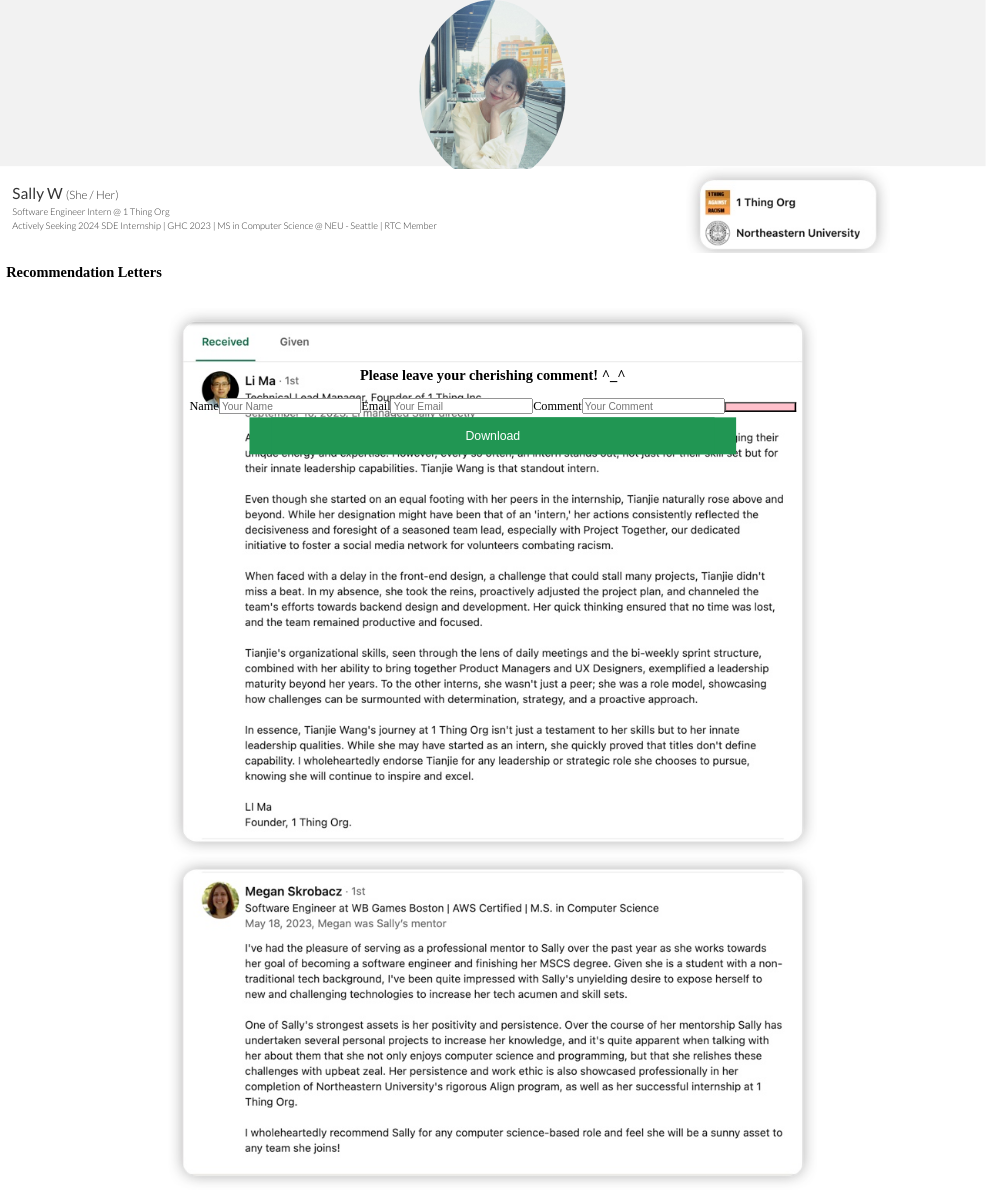
Repository: tianjiewang2022/digital-namecard
Page: recommendation_page.html
An editor plug-in stored every save of this project. The page is shown before and after the next save, followed by the edit.
The browser window is 1280 px wide. The pictures show the whole page, at 77% of full size.
Some web fonts or font styles are not loaded; a fallback is used.

Above is the page before, as saved 2023-10-16 01:55:28.

After the next save:
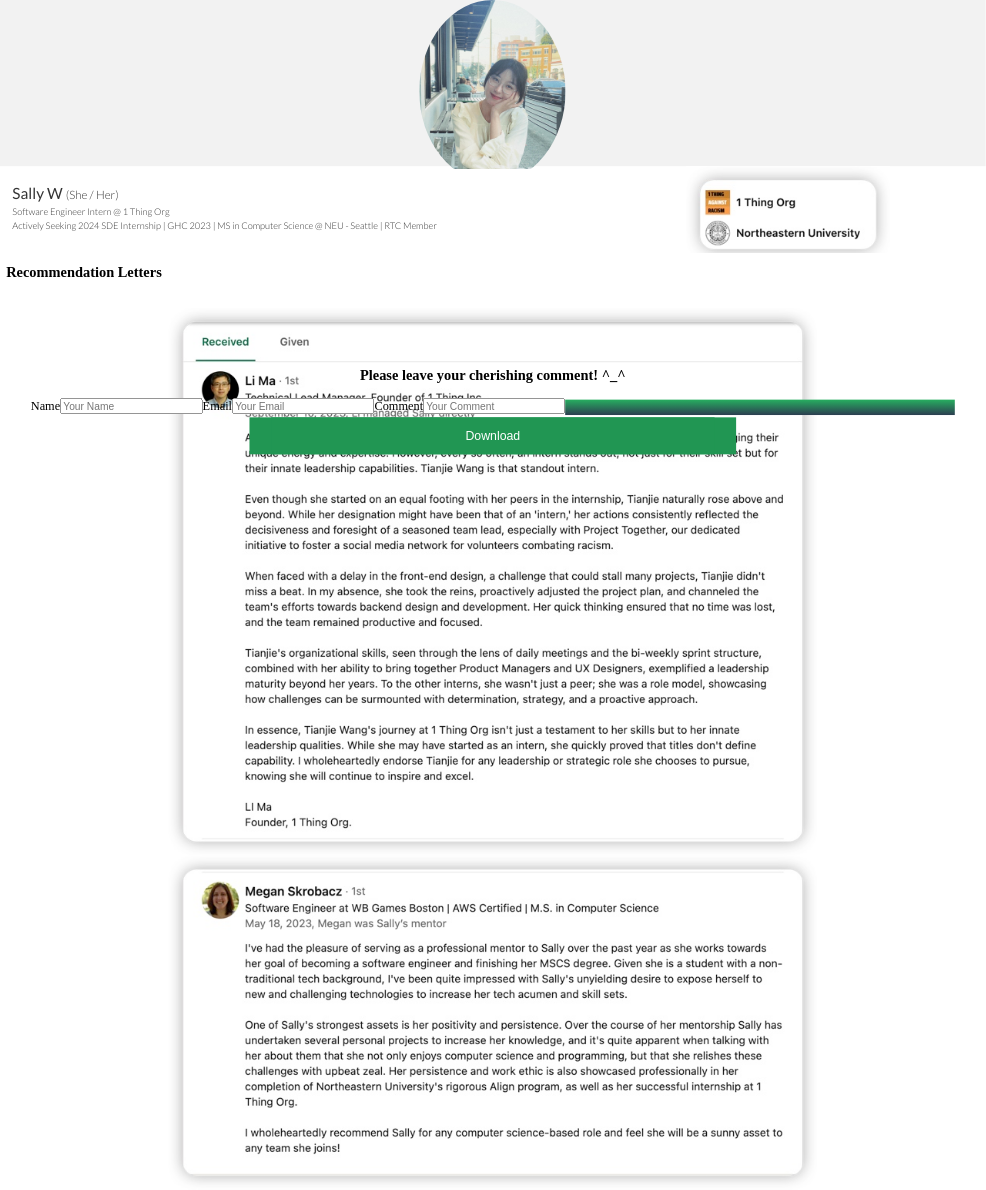
Saved 61 min 0 s later.
--- a/main.css
+++ b/main.css
@@ -170,7 +170,7 @@
 	font-size: 12px;
 }
 
-
+button,
 .button {
 	background-color: #219653;
 	height: 23%;
@@ -184,19 +184,6 @@
 	font-weight: 300;
 }
 
-button {
-	background-color: pink;
-	height: 23%;
-	padding-left: 24px;
-	padding-right: 24px;
-	text-align: center;
-	vertical-align: middle;
-	line-height: 48px;
-	font-family: 'Muli', sans-serif;
-	color: white;
-	font-weight: 300;
-}
-
 @media screen and (max-width: 600px) {
 	img.profile-pic {
 		height: 60%;
@@ -220,14 +207,14 @@
 
 
 /* CSS for the Submit button */
-/* button {
+button {
 	width: 40%;
 	background: linear-gradient(to bottom, #27ae60, #2c3e50);
 	color: white;
 	border: none;
 	padding: 10px;
 	cursor: pointer;
-} */
+}
 
 /* CSS for button hover effect */
 button:hover {
